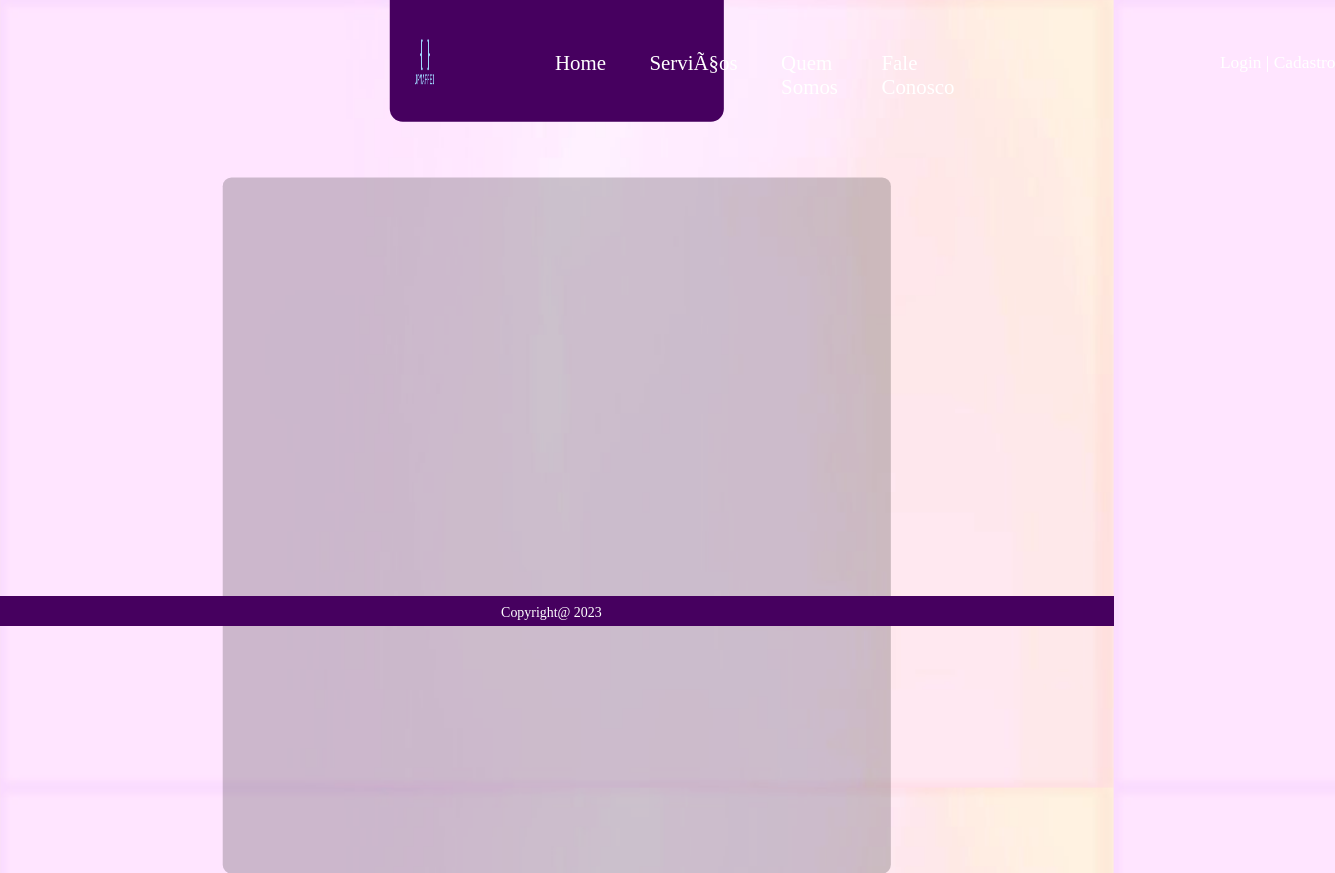
Repository: jpmaffei18/PROJETO_JAVA
Page: http://localhost/FinalWeb/
The author's editor kept a copy of each file at every save. The page is drawn from the files as they stood at one save, then again after the next save.
The browser window is 1280 px wide. The page is 1535 px wide, then 1280 px, so the pictures cover 1535 px, including what lies to the right of the window. The pictures show the whole page, at 87% of full size.
Backgrounds fixed to the window are drawn as part of the page. The page is served by Tomcat 9.

Above is the page before, as saved 2023-04-03 11:40:57.

After the next save:
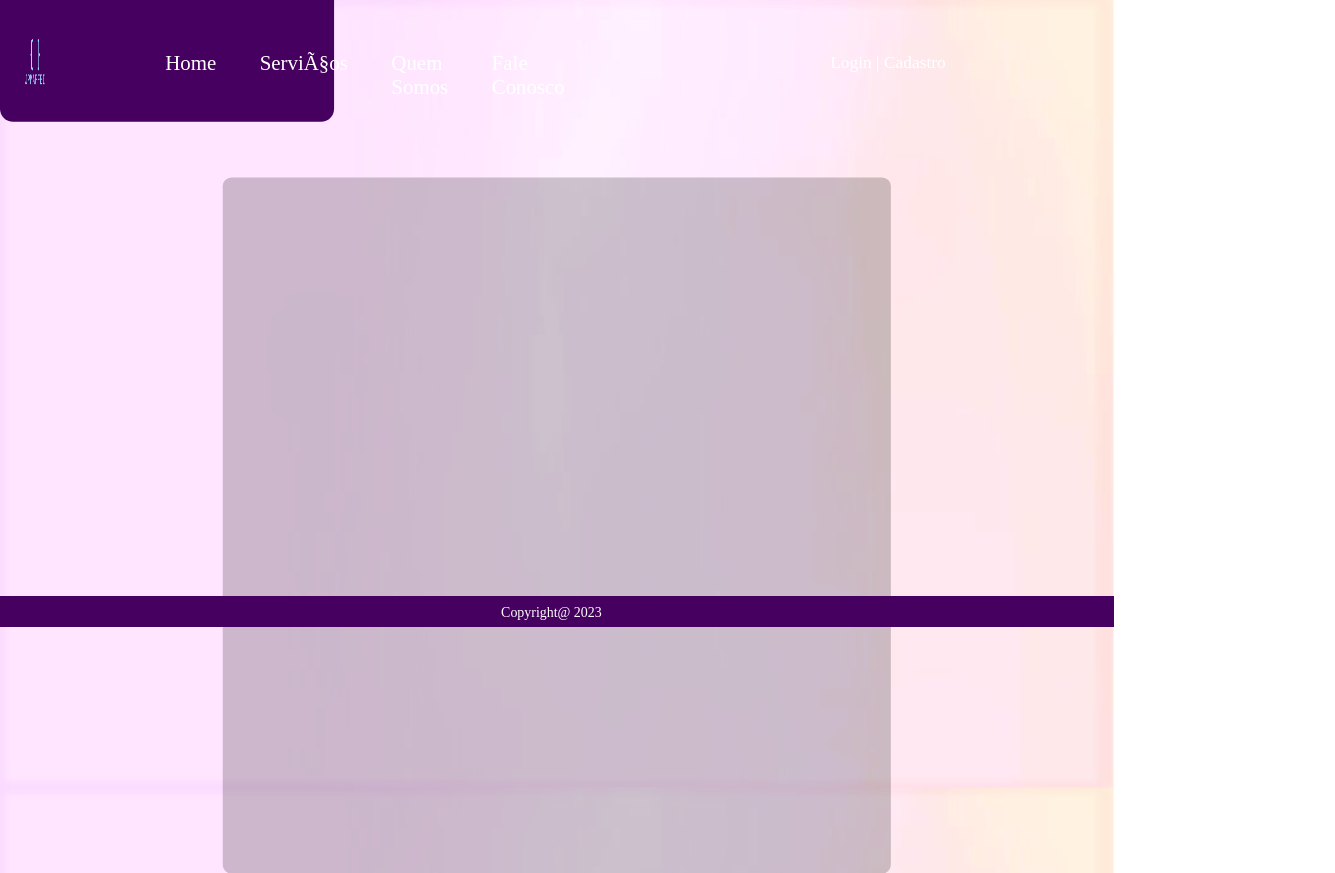
Saved 52 s later.
--- a/FinalWeb/src/main/webapp/home.css
+++ b/FinalWeb/src/main/webapp/home.css
@@ -15,7 +15,6 @@ header{
     background-color: #46005F;
     width: 30%;
     height: 140px;
-    margin:auto;
     border-bottom-left-radius: 15px;
     border-bottom-right-radius: 15px;
     color: white;
